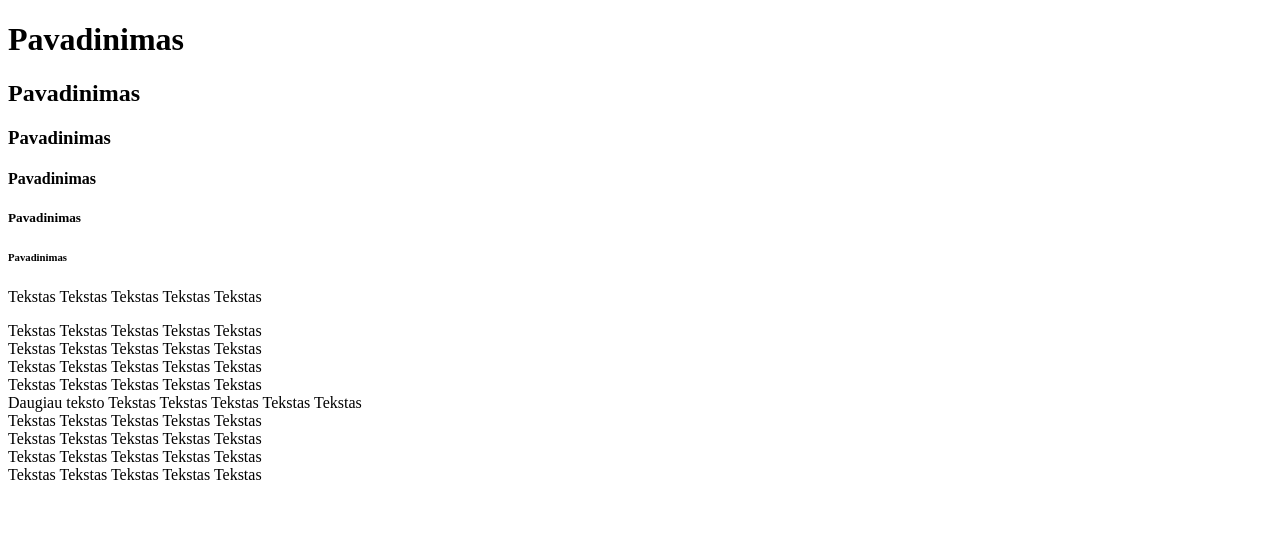
Repository: motiejus1/01-paskait
Page: pirmas.html
These files come from the project's save history. The page is drawn as it stood at one moment and after the next save; the edit follows.
The browser window is 1280 px wide. The pictures show the whole page.

Above is the page before, as saved 2021-05-31 20:26:16.

After the next save:
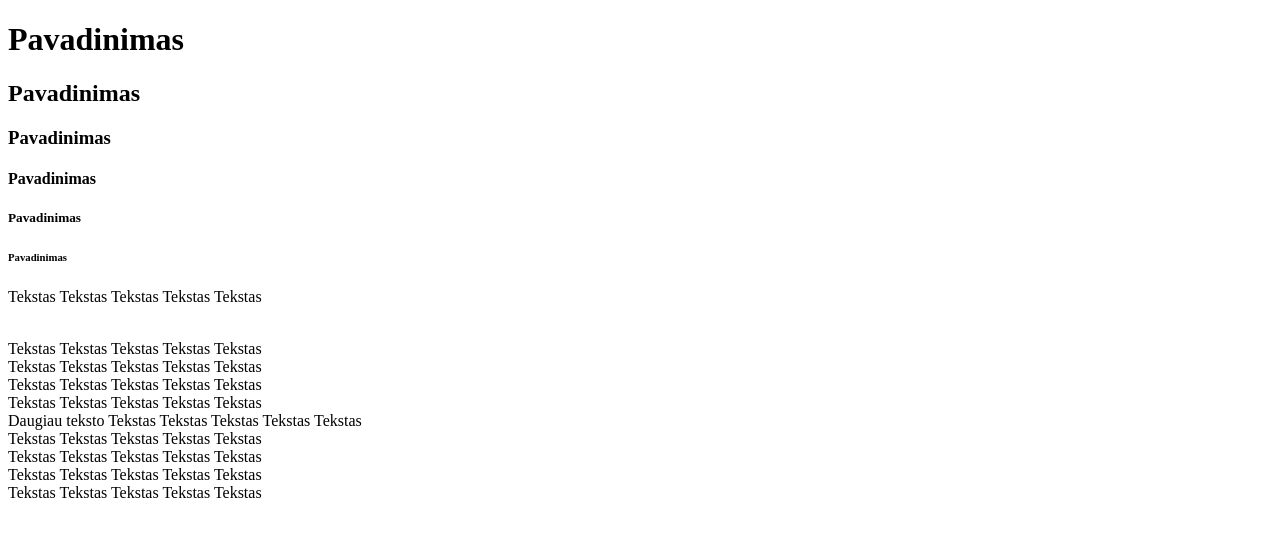
Saved 50 s later.
--- a/pirmas.html
+++ b/pirmas.html
@@ -17,7 +17,7 @@
         <h5>Pavadinimas</h5>
         <h6>Pavadinimas</h6>
 
-        <p>Tekstas Tekstas Tekstas Tekstas Tekstas</p>
+        <p>Tekstas Tekstas Tekstas Tekstas Tekstas</p><br>
 
         Tekstas Tekstas Tekstas Tekstas Tekstas<br>
         Tekstas Tekstas Tekstas Tekstas Tekstas<br>
